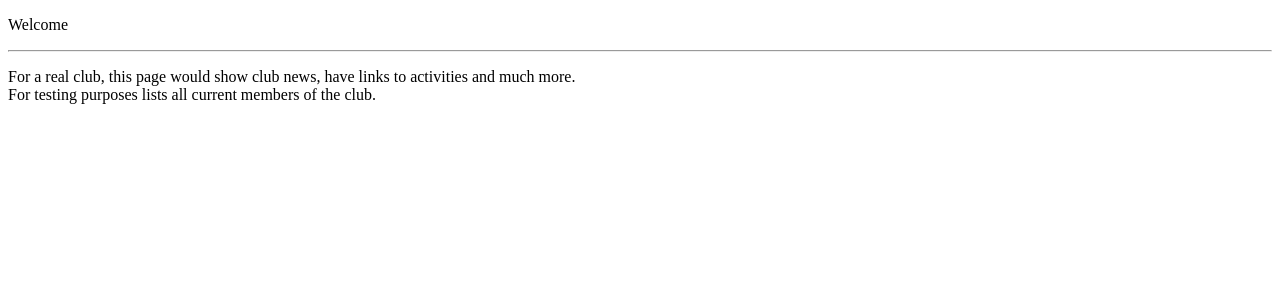
Repository: hsunami21/JavaEE
Page: http://localhost/WendallHsuClubMembershipWeb/main.jsp
An editor plug-in stored every save of this project. The page is shown before and after the next save, followed by the edit.
The browser window is 1280 px wide. The pictures show the whole page.
The page is served by Tomcat 9. Other server files are loaded and not shown.

Above is the page before, as saved 2015-11-11 16:33:29.

### WendallHsuClubMembershipWeb/WebContent/main.jsp
<%@ page language="java" contentType="text/html; charset=ISO-8859-1"
    pageEncoding="ISO-8859-1"%>
<%@taglib prefix="c" uri="http://java.sun.com/jsp/jstl/core" %>

<!DOCTYPE html PUBLIC "-//W3C//DTD HTML 4.01 Transitional//EN" "http://www.w3.org/TR/html4/loose.dtd">
<html>
<head>
<meta http-equiv="Content-Type" content="text/html; charset=ISO-8859-1">
<title>main</title>
</head>
<body>
<p>Welcome <span style="font-weight:bold">${sessionScope.userName}</span></p>
<hr>
<p>For a real club, this page would show club news, have links to activities and much more. <br/>
For testing purposes lists all current members of the club.</p>
<c:forEach items="${members }" var="name" >
${name} <br/>
</c:forEach>
</body>
</html>

After the next save:
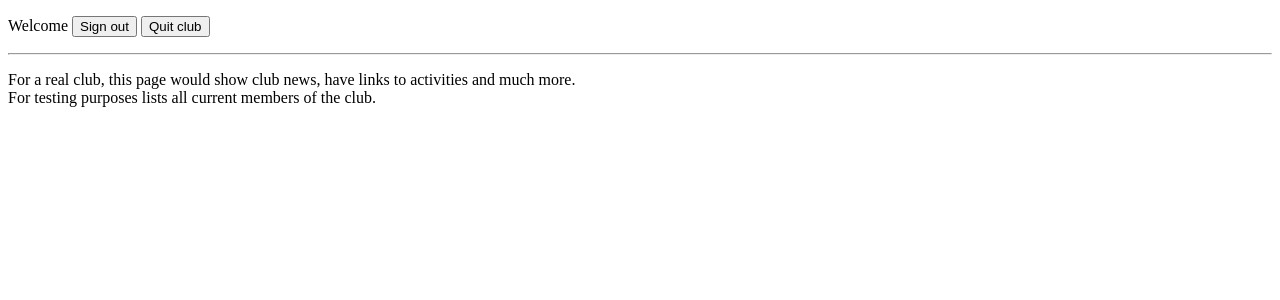
Saved 3 min 25 s later.
--- a/WendallHsuClubMembershipWeb/WebContent/main.jsp
+++ b/WendallHsuClubMembershipWeb/WebContent/main.jsp
@@ -9,7 +9,11 @@
 <title>main</title>
 </head>
 <body>
-<p>Welcome <span style="font-weight:bold">${sessionScope.userName}</span></p>
+<p>Welcome <span style="font-weight:bold">${sessionScope.userName}</span>
+<input type="submit" name="signOut" value="Sign out">
+<input type="submit" name="quit" value="Quit club">
+</p>
+
 <hr>
 <p>For a real club, this page would show club news, have links to activities and much more. <br/>
 For testing purposes lists all current members of the club.</p>
